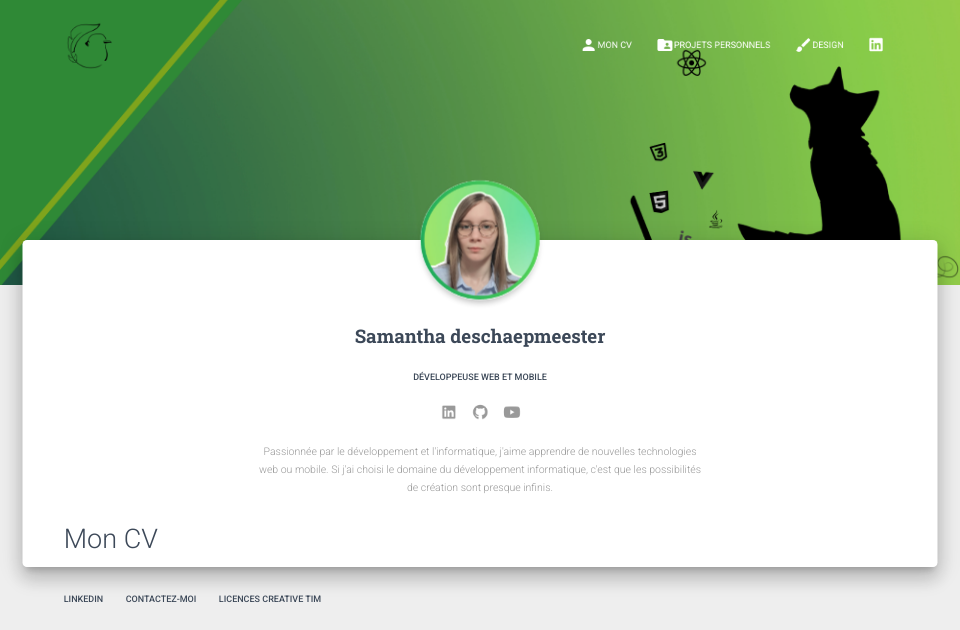
Repository: sdeschaepmeester/NewPortfolio
Page: /#/cv
These files come from the project's save history. The page is drawn as it stood at one moment and after the next save; the edit follows.
The browser window is 1280 px wide. The pictures show the whole page, at 75% of full size.
Some web libraries are served in a nearby version. The project was rebuilt for these pictures with package versions that can differ from the ones it lists, and the page was loaded fresh each time. Also part of the build but not shown: vue.config.js, src/views/components/APropos.vue, src/views/components/NavigationSection.vue, src/views/components/SmallNavigationSection.vue, src/components/Dropdown.vue, src/components/Pagination.vue, src/components/Slider.vue, src/components/Badge.vue and 13 more.

Above is the page before, as saved 2022-07-08 10:51:25.

After the next save:
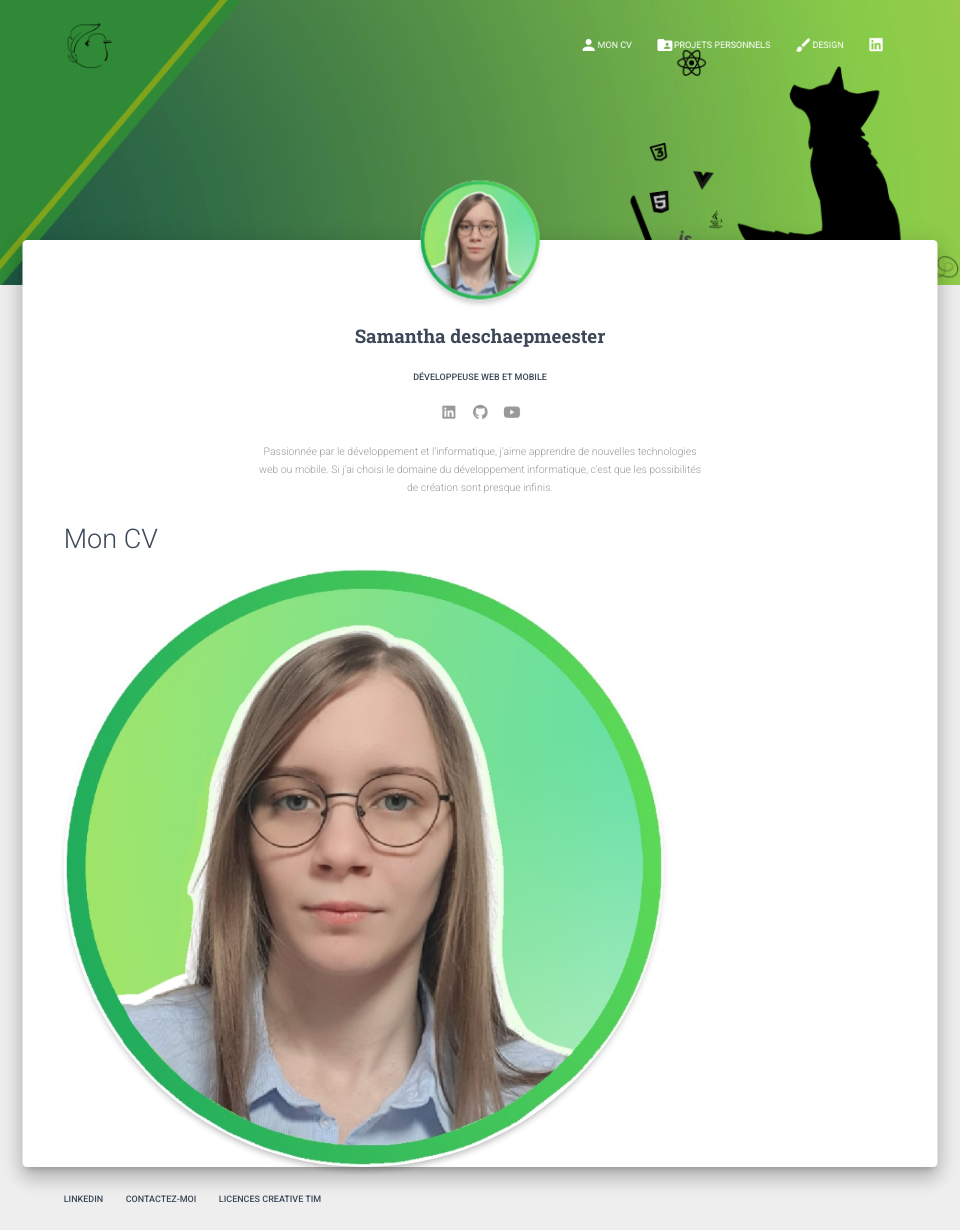
Saved 83 s later.
--- a/src/views/CV.vue
+++ b/src/views/CV.vue
@@ -45,6 +45,11 @@
           </div>
           <div>
             <h2> Mon CV</h2>
+            <img
+                :src="img"
+                alt="Retrouvez mon CV ici : https://www.linkedin.com/in/samantha-deschaepmeester/"
+                class="img-raised rounded-circle img-fluid"
+            />
           </div>
         </div>
       </div>
